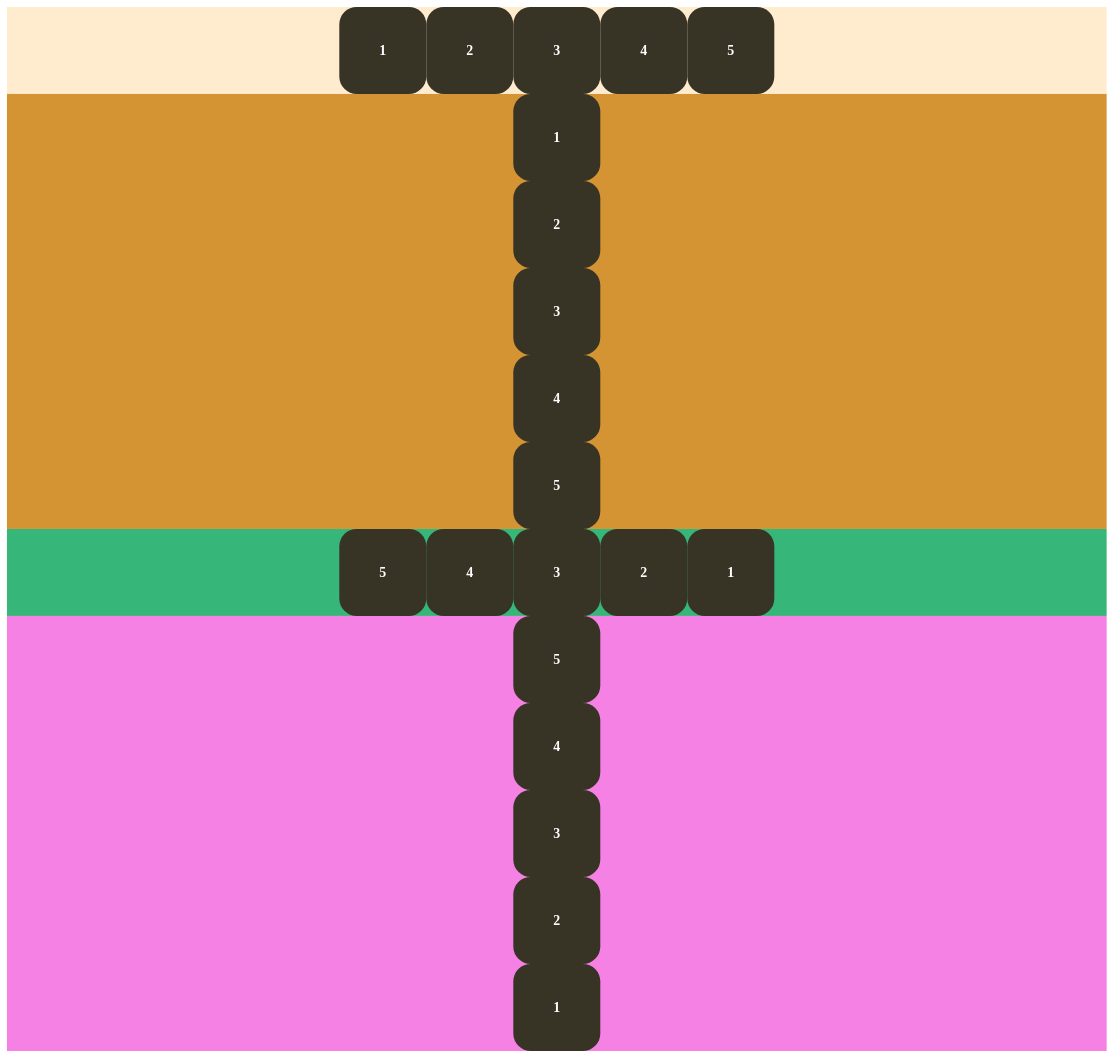
Repository: wesbos/What-The-Flexbox
Page: FlexBoxTypes/index.html
The author's editor kept a copy of each file at every save. The page is drawn from the files as they stood at one save, then again after the next save.
The browser window is 1280 px wide. The pictures show the whole page, at 87% of full size.

Above is the page before, as saved 2020-08-27 15:58:11.

### FlexBoxTypes/index.html
<!DOCTYPE html>
<html lang="en">
  <head>
    <meta charset="UTF-8" />
    <meta name="viewport" content="width=device-width, initial-scale=1.0" />
    <title>FlexBox Types</title>
    <link rel="stylesheet" href="style.css" />
  </head>
  <body>
    <div class="flex-container-1">
      <div class="box"><p>1</p></div>
      <div class="box"><p>2</p></div>
      <div class="box"><p>3</p></div>
      <div class="box"><p>4</p></div>
      <div class="box"><p>5</p></div>
    </div>
    <div class="flex-container-2">
      <div class="box"><p>1</p></div>
      <div class="box"><p>2</p></div>
      <div class="box"><p>3</p></div>
      <div class="box"><p>4</p></div>
      <div class="box"><p>5</p></div>
    </div>
    <div class="flex-container-3">
      <div class="box"><p>1</p></div>
      <div class="box"><p>2</p></div>
      <div class="box"><p>3</p></div>
      <div class="box"><p>4</p></div>
      <div class="box"><p>5</p></div>
    </div>
    <div class="flex-container-4">
      <div class="box"><p>1</p></div>
      <div class="box"><p>2</p></div>
      <div class="box"><p>3</p></div>
      <div class="box"><p>4</p></div>
      <div class="box"><p>5</p></div>
    </div>
  </body>
</html>

### FlexBoxTypes/style.css
.flex-container-1 {
  display: flex;
  justify-content: center;
  align-items: center;
  background-color: blanchedalmond;
}
.flex-container-2 {
  display: flex;
  flex-direction: column;
  justify-content: center;
  align-items: center;
  background-color: rgb(212, 148, 51);
}
.flex-container-3 {
  display: flex;
  flex-direction: row-reverse;
  justify-content: center;
  align-items: center;
  background-color: rgb(55, 182, 122);
}
.flex-container-4 {
  display: flex;
  flex-direction: column-reverse;
  justify-content: center;
  align-items: center;
  background-color: rgb(245, 129, 229);
}
.box {
  background-color: rgb(56, 52, 37);
  height: 100px;
  width: 100px;
  border-radius: 20px;
  display: flex;
  align-items: center;
  justify-content: center;
  text-align: center;
}
.box p {
  color: #fff;
  font-weight: bold;
}

After the next save:
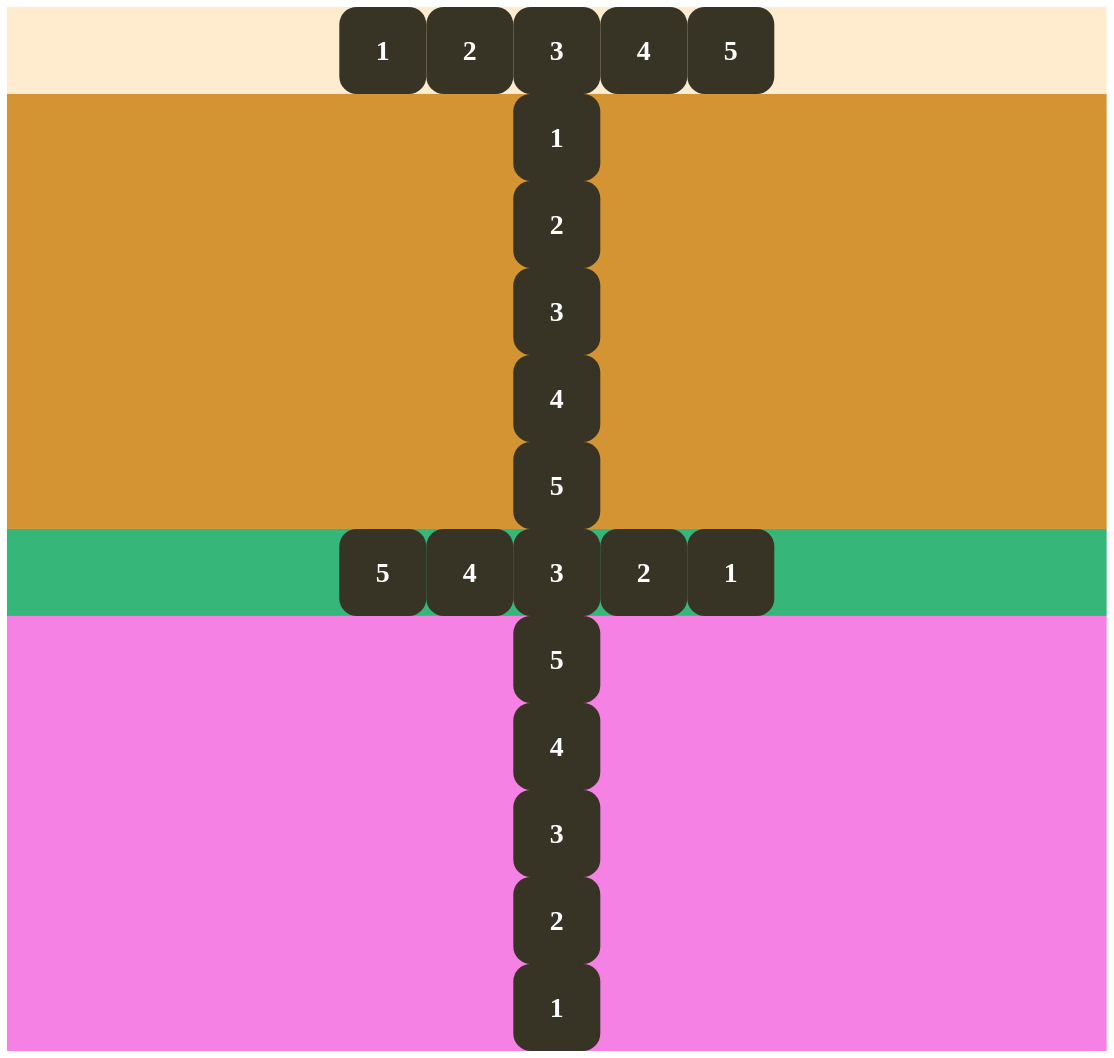
Saved 14 s later.
--- a/FlexBoxTypes/style.css
+++ b/FlexBoxTypes/style.css
@@ -38,4 +38,5 @@
 .box p {
   color: #fff;
   font-weight: bold;
+  font-size: 2rem;
 }
